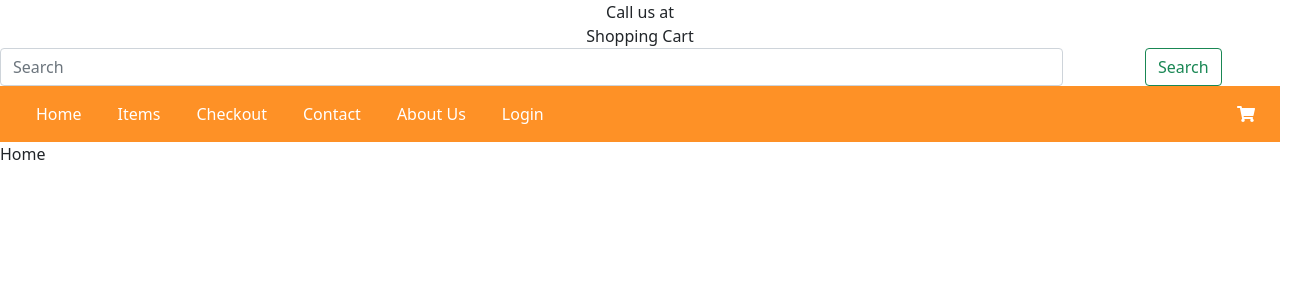
Repository: SaudCh/React-Ecommerce
Page: /
The author's editor kept a copy of each file at every save. The page is drawn from the files as they stood at one save, then again after the next save.
The browser window is 1280 px wide. The page is 1292 px wide, so the pictures cover 1292 px, including what lies to the right of the window. The pictures show the whole page.
The project was rebuilt for these pictures with package versions that can differ from the ones it lists, and the page was loaded fresh each time. Also part of the build but not shown: src/App.css.

Above is the page before, as saved 2021-12-05 12:37:18.

After the next save:
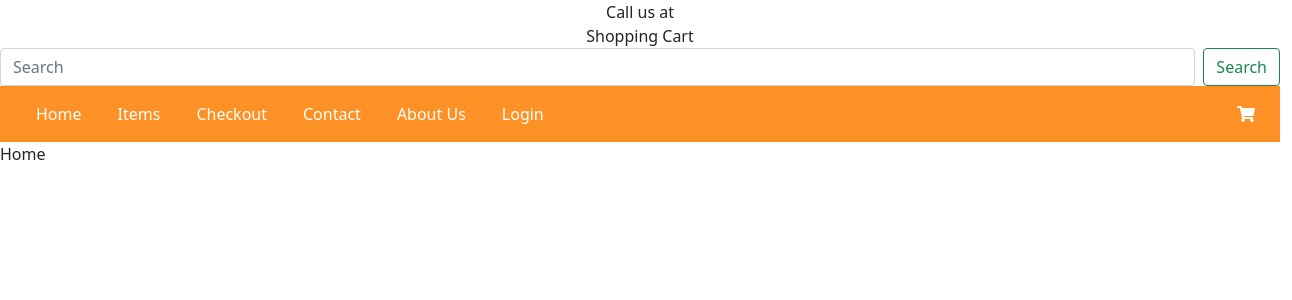
Saved 35 s later.
--- a/src/Header/Header.jsx
+++ b/src/Header/Header.jsx
@@ -16,20 +16,16 @@ export default function Header() {
             <p className="m-0">Shopping Cart</p>
           </div>
           <div className="col-12 text-center">
-            <form class="row my-2 my-lg-0">
-              <div className="col-10">
-                <input
-                  class="form-control"
-                  type="search"
-                  placeholder="Search"
-                  aria-label="Search"
-                />
-              </div>
-              <div className="col-2">
-                <button class="btn btn-outline-success my-sm-0" type="submit">
-                  Search
-                </button>
-              </div>
+            <form class="d-flex">
+              <input
+                class="form-control me-2"
+                type="search"
+                placeholder="Search"
+                aria-label="Search"
+              />
+              <button class="btn btn-outline-success" type="submit">
+                Search
+              </button>
             </form>
           </div>
         </div>
